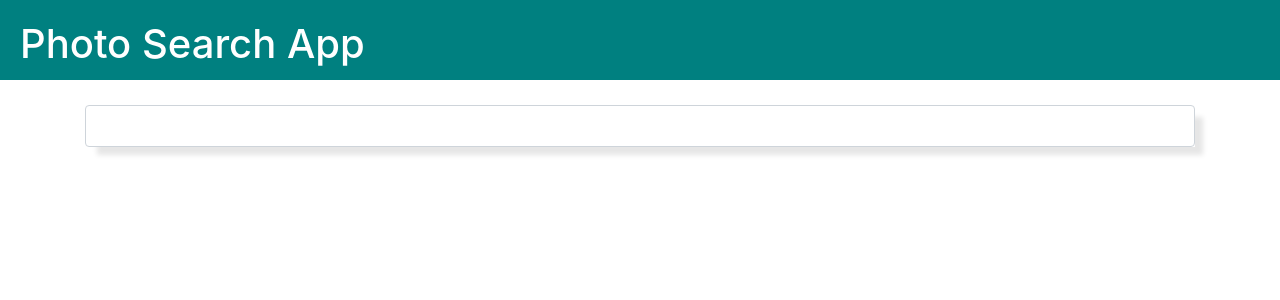
Repository: lamilekan263/photoapp
Page: /
These files come from the project's save history. The page is drawn as it stood at one moment and after a run of saves; the edit follows.
The browser window is 1280 px wide. The pictures show the whole page.
The project was rebuilt for these pictures with package versions that can differ from the ones it lists, and the page was loaded fresh each time. Also part of the build but not shown: src/components/ImageCard/ImageCard.scss, src/components/ImageCard/ImageCard.js, src/components/imageList/imageList.scss, src/components/imageList/imageList.js.

Above is the page before, as saved 2020-08-26 12:12:45.

After the next 2 saves:
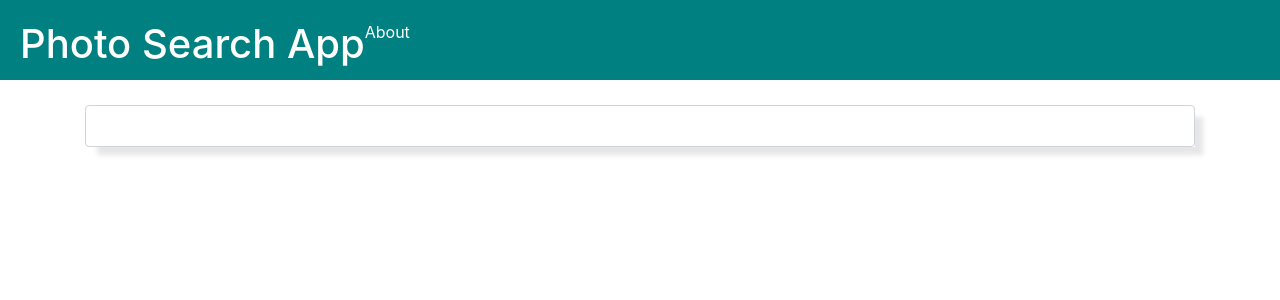
The 2 saves are shown as one change because 1 did not build or start.
The last was saved 20 s later.
--- a/src/components/Header/Header.scss
+++ b/src/components/Header/Header.scss
@@ -5,6 +5,9 @@ nav{
     color:#fff;
     padding:20px;
     margin-bottom:25px;
+    display:flex;
+    flex-direction:row;
+
 
     .brand{
         p{
